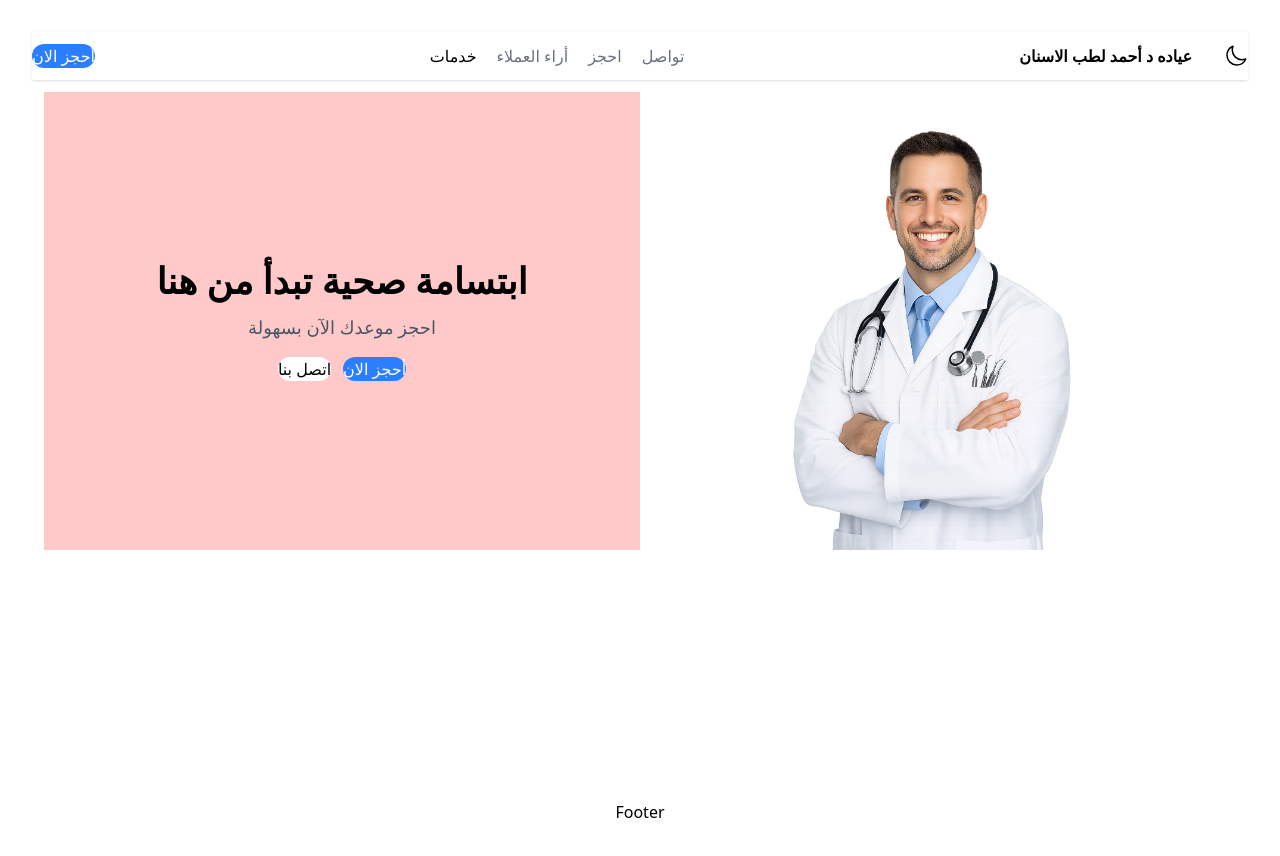
Repository: mohamedehab23-pro/clinic
Page: /
These files come from the project's save history. The page is drawn as it stood at one moment and after a run of saves; the edit follows.
The browser window is 1280 px wide. The pictures show the whole page.
The project was rebuilt for these pictures with package versions that can differ from the ones it lists, and the page was loaded fresh each time. Also part of the build but not shown: vite.config.js, src/Pages/AboutPage.jsx, src/Pages/ContactPage.jsx, src/Pages/NotFound.jsx, src/Components/Child.jsx, src/Components/Parent.jsx.

Above is the page before, as saved 2026-02-22 14:20:27.

After the next 2 saves:
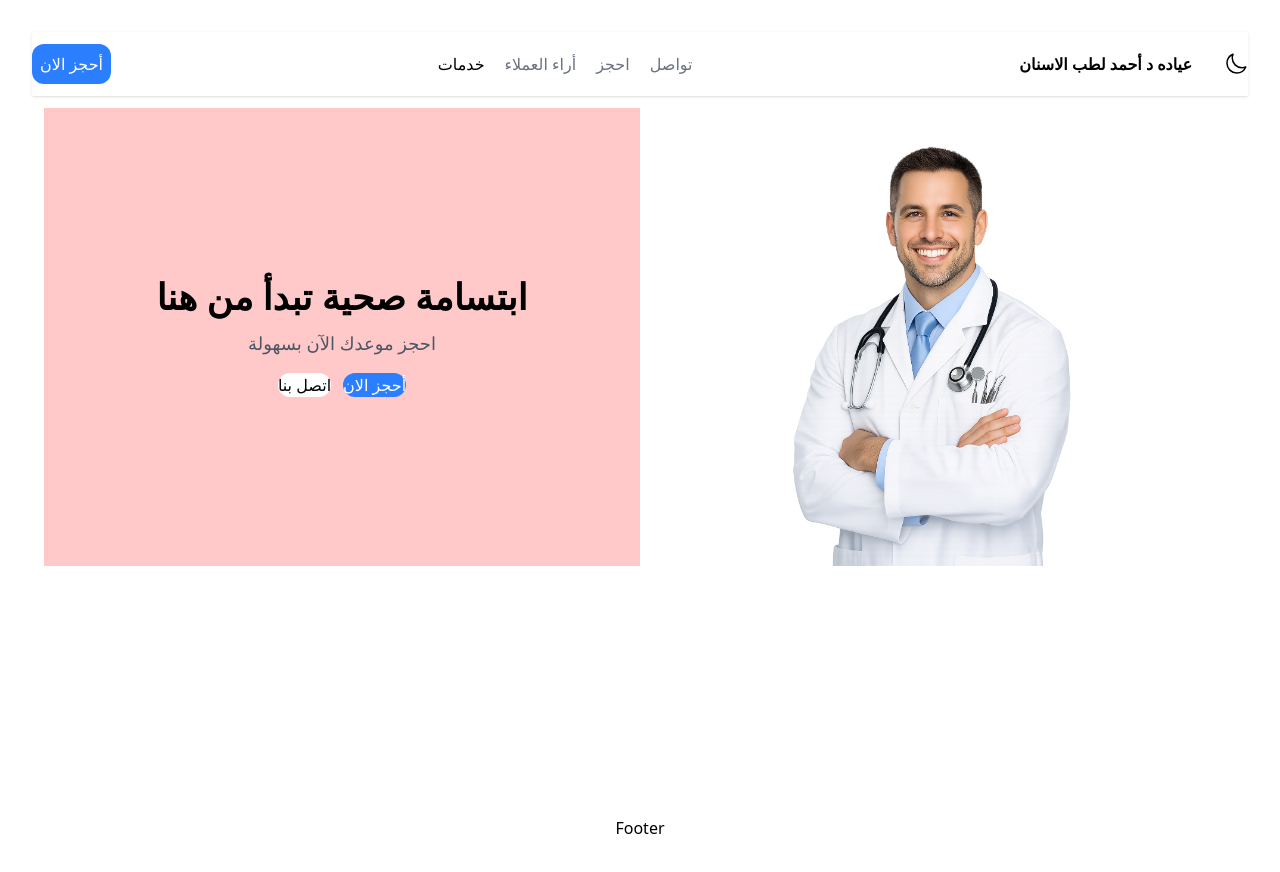
The 2 saves are shown as one change because they came seconds apart.
The last was saved 9 s later.
--- a/src/Components/Navbar.jsx
+++ b/src/Components/Navbar.jsx
@@ -8,7 +8,7 @@ export default function Navbar({setDarkMode,darkMode}) {
     <div className='py-3 shadow sticky top-0 w-full dark:bg-gray-700 bg-white/50'>
 <div className="container px-3 lg:p-0 mx-auto flex items-center justify-between">
 <div>
-  <Button bg={'bg-blue-500'} hover={'hover:bg-blue-600'} color={'text-white'} text={'أحجز الان'}/>
+  <Button bg={'bg-blue-500'} padding={'p-2'} hover={'hover:bg-blue-600'} color={'text-white'} text={'أحجز الان'}/>
 </div>
 <div>
   <ul className='lg:flex dark:text-white/50 gap-5 hidden'>
